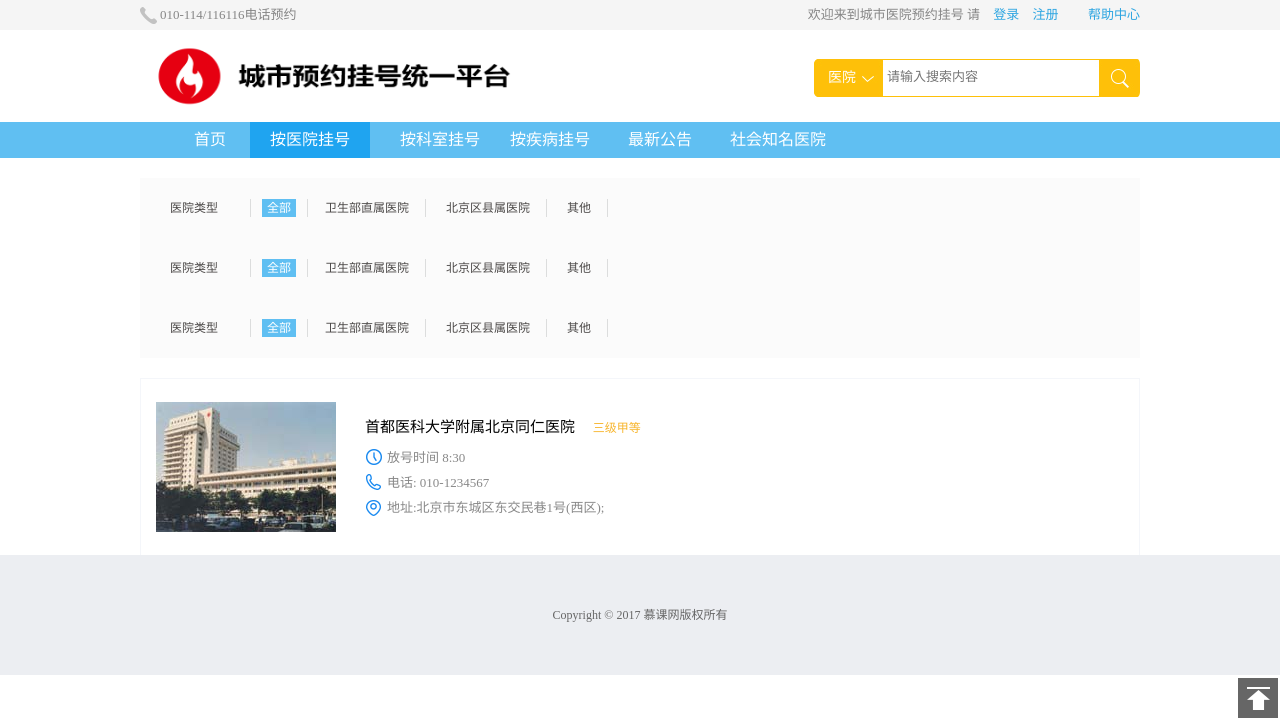
Repository: ScarApocalypse/study
Page: 挂号平台/hosptial.html
These files come from the project's save history. The page is drawn as it stood at one moment and after the next save; the edit follows.
The browser window is 1280 px wide. The pictures show the whole page.

Above is the page before, as saved 2019-01-21 16:24:19.

After the next save:
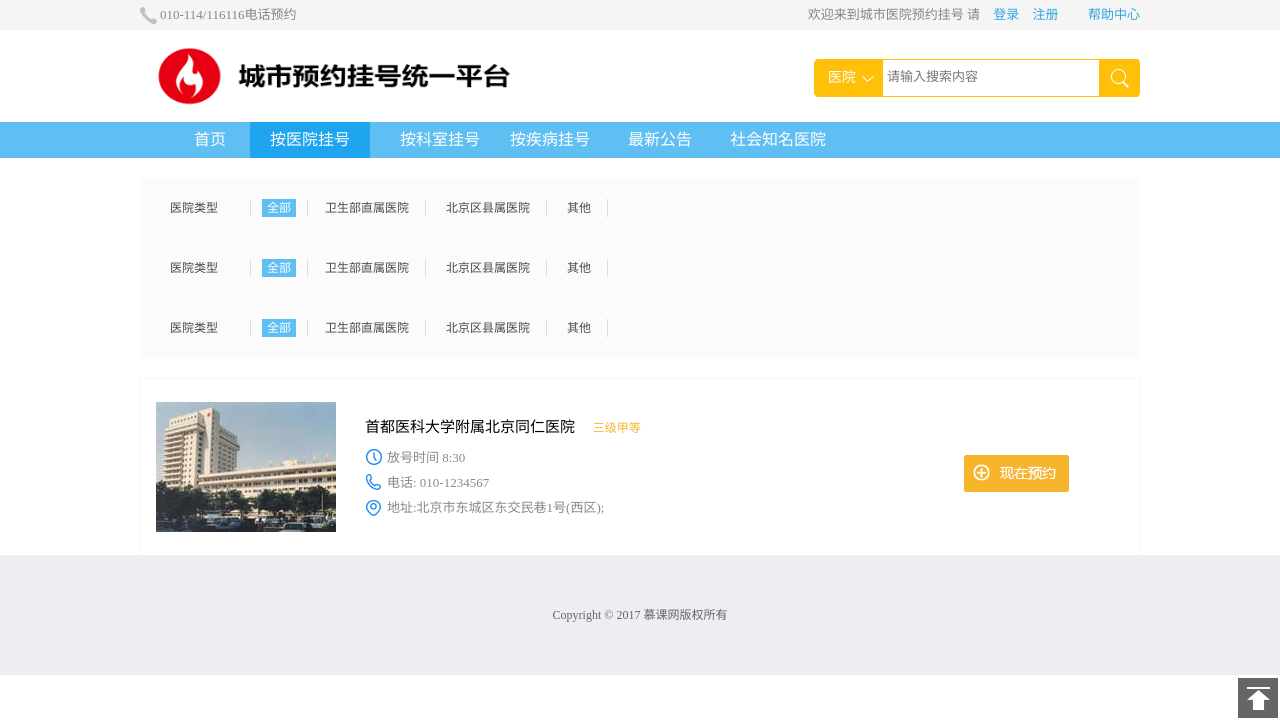
Saved 55 s later.
--- a/挂号平台/css/hosptial.css
+++ b/挂号平台/css/hosptial.css
@@ -105,6 +105,8 @@
     height: 37px;
     right: 70px;
     top:76px;
+    display: block;
+    background:url(../img/button-now.png) no-repeat 0 0;
 }
 .datalist .item .button:hover{
     background-position: -105px 0;
